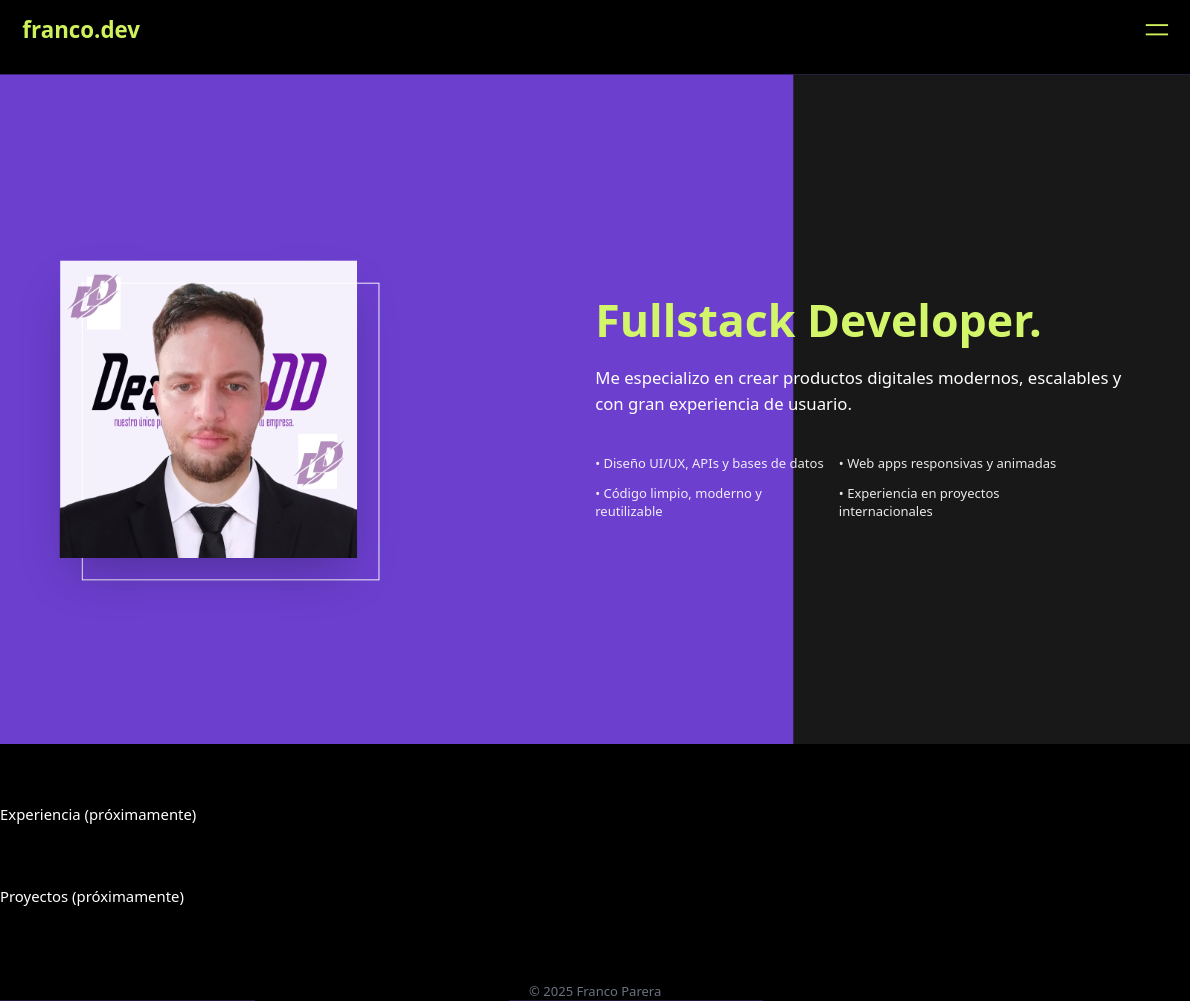
Repository: francoluca35/portfolio-franco-dev
Page: /
These files come from the project's save history. The page is drawn as it stood at one moment and after the next save; the edit follows.
The browser window is 1280 px wide. The pictures show the whole page, at 93% of full size.
The project was rebuilt for these pictures with package versions that can differ from the ones it lists, and the page was loaded fresh each time. The framework's server and built-in components were replaced by stand-ins that run in the browser. Also part of the build but not shown: next.config.js.

Above is the page before, as saved 2025-05-06 01:24:36.

After the next save:
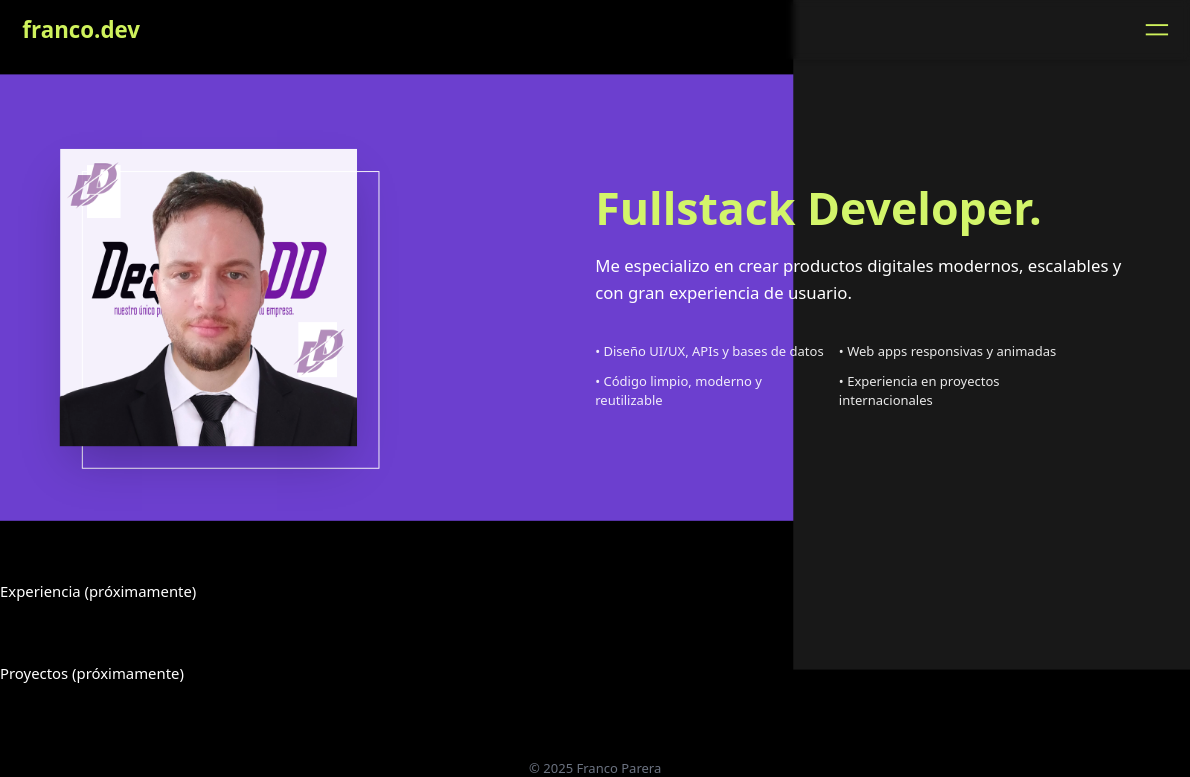
Saved 20 s later.
--- a/components/Hero.jsx
+++ b/components/Hero.jsx
@@ -4,7 +4,7 @@
 
 export default function Hero() {
   return (
-    <section className="relative w-full min-h-screen bg-[#6C3FCF] text-white flex items-center justify-center sm:px-12 py-20">
+    <section className=" bg-[#6C3FCF] text-white flex items-center justify-center sm:px-12 py-20">
       {/* Fondo negro a la derecha solo en desktop */}
       <div className="hidden md:block absolute top-0 right-0 w-1/3 h-full bg-[#181818] z-0" />
 

After the save that followed:
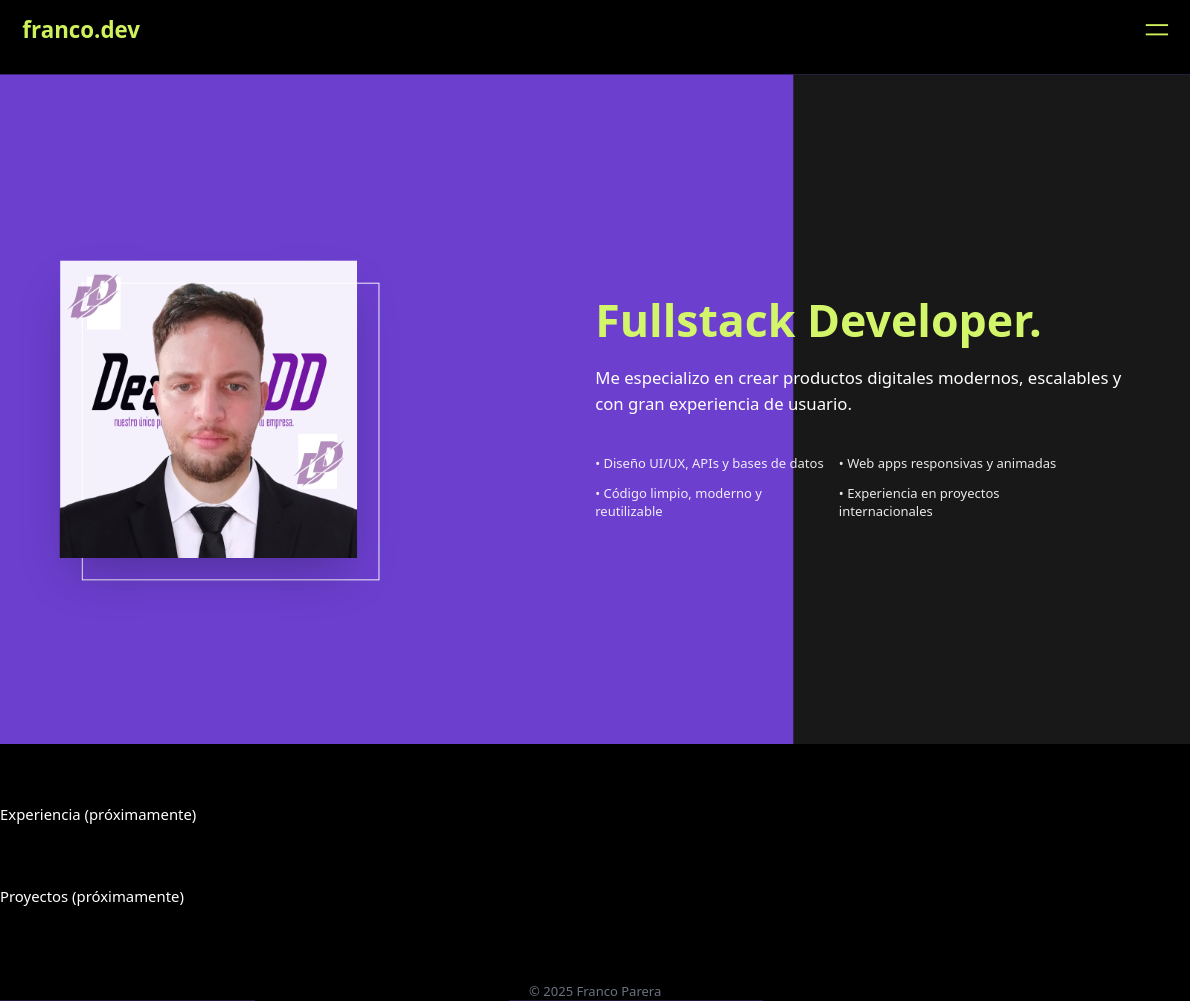
Saved 7 s later.
--- a/components/Hero.jsx
+++ b/components/Hero.jsx
@@ -4,7 +4,7 @@
 
 export default function Hero() {
   return (
-    <section className=" bg-[#6C3FCF] text-white flex items-center justify-center sm:px-12 py-20">
+    <section className="relative w-full min-h-screen bg-[#6C3FCF] text-white flex items-center justify-center sm:px-12 py-20">
       {/* Fondo negro a la derecha solo en desktop */}
       <div className="hidden md:block absolute top-0 right-0 w-1/3 h-full bg-[#181818] z-0" />
 
